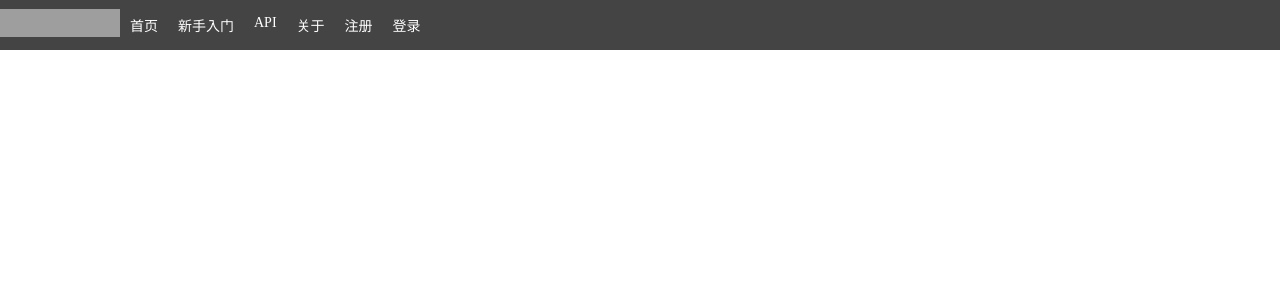
Repository: wujingwenwu/cnode
Page: /
The author's editor kept a copy of each file at every save. The page is drawn from the files as they stood at one save, then again after the next save.
The browser window is 1280 px wide. The pictures show the whole page.
Pictures or frames that could not be fetched are drawn as grey boxes. The project was rebuilt for these pictures with package versions that can differ from the ones it lists, and the page was loaded fresh each time.

Above is the page before, as saved 2020-06-05 13:04:13.

### src/App.vue
<template>
  <div id="app">

    <router-view/>
  </div>
</template>

<style lang="scss">
@import '../src/style/changyong.css/changyong';
*{
  margin: 0;
  padding: 0;
}
</style>

### src/router/index.js
import Vue from 'vue'
import VueRouter from 'vue-router'
import Home from '../views/Home.vue'

Vue.use(VueRouter)

  const routes = [
  {
    path: '/',
    name: 'Home',
    component: Home
  },
  {
    path: '/sigon',
    name: 'sigon',

    component: () => import('../views/sigon/Sigon')
  },
  {
    path: '/about',
    name: 'About',

    component: () => import('../views/About.vue')
  }
]

const router = new VueRouter({
  mode: 'history',
  base: process.env.BASE_URL,
  routes
})

export default router

### src/style/changyong.css/changyong.scss
.d-f{
    display: flex;
    /* 弹性盒模型 */
}
.f-s-12{
    font-size: 12px;
    /* 字体大小为12px */
}
.f-s-14{
    font-size: 14px;
    /* 字体大小为14px */
}
.f-s-16{
    font-size: 16px;
    /* 字体大小为16px */
}
.f-w{
    font-weight: 700;
    /*字体 加粗 */
}
.f-c-ho{
    color: #f00;
    /* 红色 */
}
.f-c-hu{
    color: #ccc;
    /* 灰色 */
}
.f-c-b{
    color: #ffffff;
    /* 白色 */
}
.f-c-he{
    color: #000;
    /* 黑色 */
}
.t-a-l{
    text-align: left;
    /* 文本左对齐 */
}
.t-a-c{
    text-align: center;
    /* 文本居中 */
}
.t-a-r{
    text-align: right;
    /* 文本右对齐 */
}
.t-d-u{
    text-decoration: underline;
    /* 装饰在文本底部 */
}
.t-d-o{
    text-decoration: overline;
    /* 装饰在顶部 */
}
.t-d-l-t{
    text-decoration: line-through;
    /* 装饰在文本中间 */
}
.d-i{
    display: inline;
    /* 块级元素装换成行内元素 */
}
.d-i-b{
    display: inline-block;
    /* 块级元素装换成行内块元素 */
}
.d-b{
    display: block;
    /* 行内和行内块元素装换成块级元素 */
}
.d-n{
    display: none;
    /* 隐藏元素 */
}
.p-r{
    position: relative;
    /* 相对定位 */
}
.p-a{
    position: absolute;
    /* 绝对定位 */
}
.p-f{
    position: fixed;
    /* 固定定位 */
}
.b-r-50{
    border-radius: 50%;
    /* 圆角为50% */
}
.j-c-s-a{
    justify-content: space-around;
   /* 两边的子元素距离父元素的两边有间距，然后中间距离自动等分 */
}
.j-c-s-b{
    justify-content: space-between;
    /* 两边的子元素距离父元素没有间距，然后中间距离自动等分 */

}
.j-c-c{
    justify-content: center;
     /* 所有的子元素相当于父元素水平居中 */
}
.a-i-c{
    align-items: center;
    /* （竖轴排列方式）子元素相当于父元素垂直方向居中 */
}
.f-d-c{
    flex-direction: column;
    /* 弹性盒模型的竖项排列方式 */
}
*{
  margin: 0;
  padding: 0;
  /* 清除游览器的痕迹 */
}
.conter{
    display: flex;
    justify-content: center;
    /* 弹性盒模型，所有的文本在页面的中间 */
}
.warp{
   width: 1280px;
   /* 宽度为1280px，基本上不会超过1400px */
}
.o-h{
    overflow: hidden;
    /* 超出部分隐藏 */
}
.w-o-t{
    white-space: nowrap;
    overflow: hidden;
    text-overflow: ellipsis;
    /* 超出部分隐藏（只限字体） */
}
.d-n{
    display: none;
    /* 不占位置 */
}
.v-h{
    visibility: hidden;
    /* 占位置 */
}
.f-w-w{
    flex-wrap: wrap;
    /* 换行 */
}
.w-s-n{
    white-space: nowrap;
    /* 内容不换行 */
}
.m-t-20{
    margin-top: 20px;
    /* 向下20 */
}
.m-l-20{
    margin-left: 20px;

}
.m-t-10{
    margin-top: 10px;
}
.m-l-10{
    margin-left: 10px;
}
.b-c-hong{
    background-color: red;
}
.b-c-hei{
    background-color: black;
}
.b-c-bai{
    background-color: #ffffff;
}
.b-c-hui{
    background-color: #ccc;
}
.b-1-s-hong{
    border: 1px solid red;
}
.b-1-d-hong{
    border: 1px dashed red;
}
.b-1-s-bai{
    border: 1px solid #ffffff;
}
.b-1-d-bai{
    border: 1px dashed #ffffff;
}
.b-1-s-hei{
    border: 1px solid black;
}
.b-1-d-hei{
    border: 1px dashed black;
}
.b-1-s-hui{
    border: 1px solid #ccc;
}
.b-1-d-hui{
    border: 1px dashed #ccc;
}
.b-l-n{
    border-left: none;
    /* 左边框隐藏 */
}
.b-t-n{
    border-top: none;
}
.b-r-n{
    border-right: none;
}
.b-b-n{
    border-bottom: none;
}
.m-t-15{
    margin-top: 15px;
}
.m-t-30{
    margin-top: 30px;
}
.m-t-5{
    margin-top: 5px;
}
.b-none{
    border: none;
}
.f-s-18{
    font-size: 18px;
}
.m-l--10{
    margin-left: -10px;
}
.m-l-40{
    margin-left: 40px;
}
.o-n{
    outline: none;
    /* 隐藏边框 */
}

### src/views/Home.vue
<template>
 <div>

    <Nav></Nav>
 </div>
</template>

<script>
import Nav from '../components/home/Nav'
 export default {
   name:'',
   props:{

    },
   data () {
     return {

   }
   },
   components: {
      Nav
   },
   methods: {

   },
   mounted() {

   },
   watch: {

   },
   computed: {

   }
 }
</script>

<style scoped lang='scss'>

</style>

### src/components/home/Nav.vue
<template>
 <div>
    <div class="nav d-f a-i-c">
    <div>
       <img src="./YLAN27~L}0AN1NHKPUD2{)W.png" alt="" width="120px" height="28px">
    </div>
    <div class="d-f">
    <div class=" f-c-b f-s-14 item">首页</div>
    <div class=" f-c-b f-s-14 item">新手入门</div>
    <div class=" f-c-b f-s-14 item">API</div>
    <div class=" f-c-b f-s-14 item">关于</div>
    <div class=" f-c-b f-s-14 item">注册</div>
    <div class=" f-c-b f-s-14 item">登录</div>
    </div>
    </div>
 </div>
</template>

<script>
import axios from 'axios'
 export default {
   name:'',
   props:{

    },
   data () {
     return {

   }
   },
   components: {

   },
   methods: {

   },
   mounted() {

   },
   watch: {

   },
   computed: {

   }
 }
</script>

<style scoped lang='scss'>
.nav{
  width: 100%;
  height: 50px;
  background: rgb(68, 68, 68);
}
.item{
  padding: 0 10px;
}
</style>

Loaded but not shown: public/index.html (common file); src/main.js (common file); src/store/index.js (common file)

After the next save:
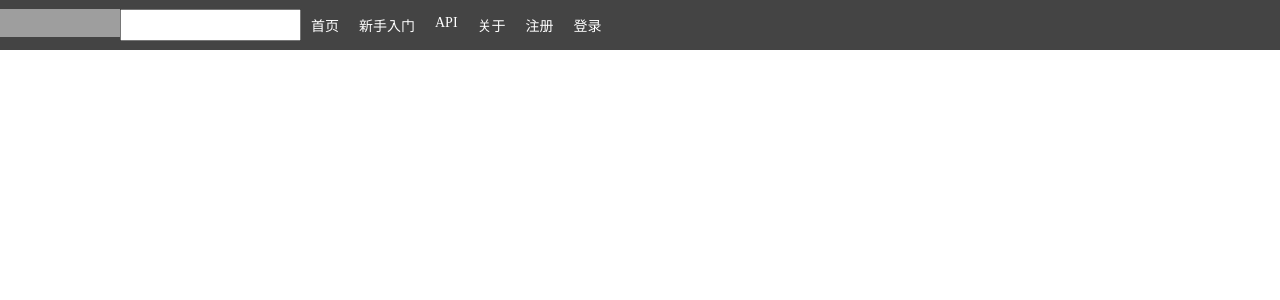
Saved 29 s later.
--- a/src/components/home/Nav.vue
+++ b/src/components/home/Nav.vue
@@ -1,8 +1,11 @@
 <template>
  <div>
     <div class="nav d-f a-i-c">
+    <div class="d-f">
     <div>
        <img src="./YLAN27~L}0AN1NHKPUD2{)W.png" alt="" width="120px" height="28px">
+    </div>
+    <input type="text">
     </div>
     <div class="d-f">
     <div class=" f-c-b f-s-14 item">首页</div>
